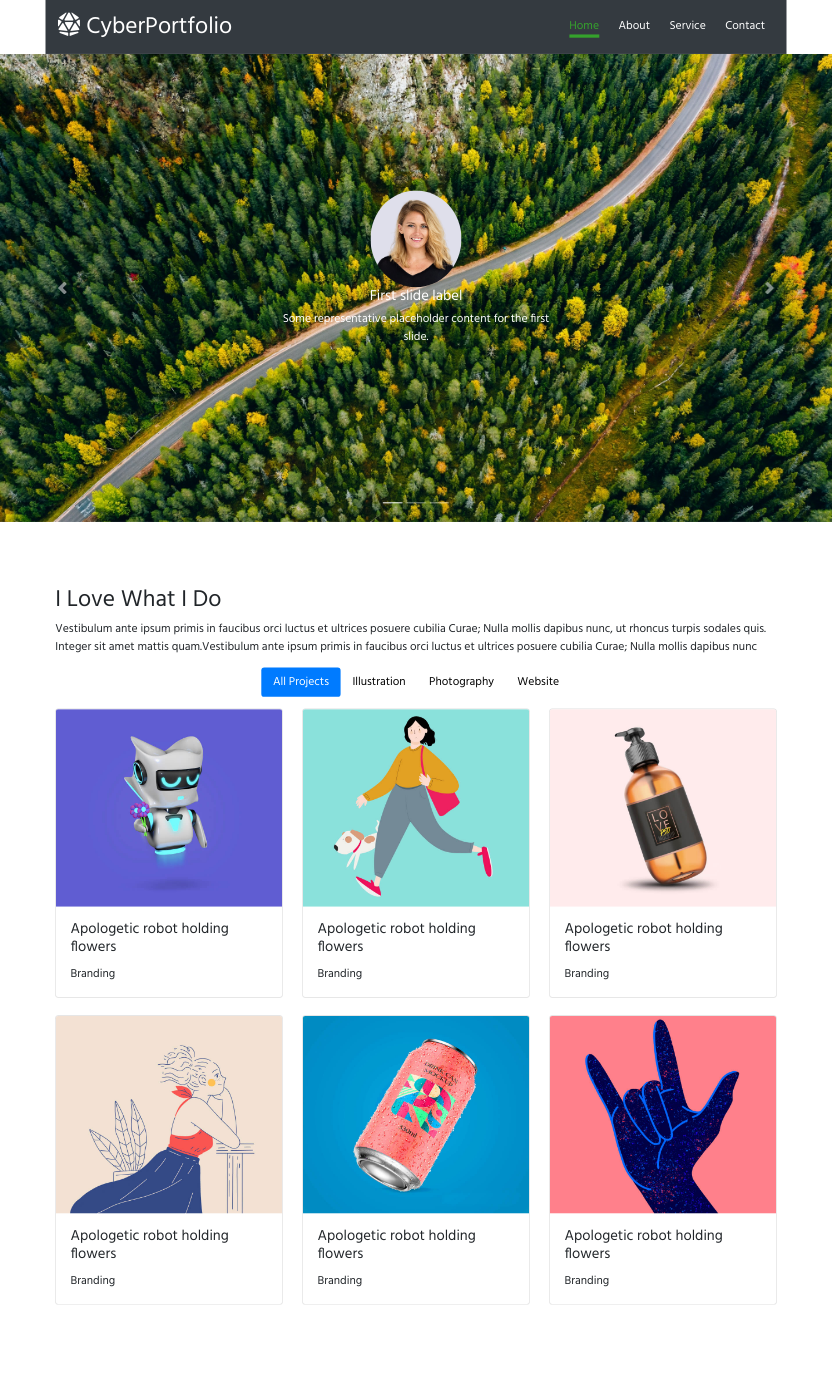
Repository: thanhfrankie/portfolio
Page: index.html
The author's editor kept a copy of each file at every save. The page is drawn from the files as they stood at one save, then again after a run of saves.
The browser window is 1280 px wide. The pictures show the whole page, at 65% of full size.

Above is the page before, as saved 2023-11-30 10:20:04.

### index.html
<!DOCTYPE html>
<html lang="en">
  <head>
    <meta charset="UTF-8" />
    <meta name="viewport" content="width=device-width, initial-scale=1.0" />
    <title>Portfolio</title>
    <!-- Font Hind-->
    <link rel="preconnect" href="https://fonts.googleapis.com" />
    <link rel="preconnect" href="https://fonts.gstatic.com" crossorigin />
    <link
      href="https://fonts.googleapis.com/css2?family=Hind:wght@300;400;700&display=swap"
      rel="stylesheet"
    />
    <!-- Font AWESOME -->
    <link rel="stylesheet" href="https://cdnjs.cloudflare.com/ajax/libs/font-awesome/6.4.2/css/all.min.css" integrity="sha512-z3gLpd7yknf1YoNbCzqRKc4qyor8gaKU1qmn+CShxbuBusANI9QpRohGBreCFkKxLhei6S9CQXFEbbKuqLg0DA==" crossorigin="anonymous" referrerpolicy="no-referrer" />
    <!-- BS4 CSS -->
    <link rel="stylesheet" href="https://cdn.jsdelivr.net/npm/bootstrap@4.6.2/dist/css/bootstrap.min.css" integrity="sha384-xOolHFLEh07PJGoPkLv1IbcEPTNtaed2xpHsD9ESMhqIYd0nLMwNLD69Npy4HI+N" crossorigin="anonymous">

    <!-- Main CSS -->
    <link rel="stylesheet" href="./css/style.css" />
  </head>
  <body>
<header>
    <nav class="container navbar navbar-expand-lg navbar-dark bg-dark">
        <a class="navbar-brand" href="#">
            <i class="fa-solid fa-dice-d20"></i>
           <span>
            CyberPortfolio
           </span>
        </a>
        <!-- hỗ trợ menu màn hình mobile -->
        <button class="navbar-toggler" type="button" data-toggle="collapse" data-target="#portfolioNav" aria-controls="navbarSupportedContent" aria-expanded="false" aria-label="Toggle navigation">
          <span class="navbar-toggler-icon"></span>
        </button>

        <div class="collapse navbar-collapse" id="portfolioNav">
          <ul class="navbar-nav ml-auto">
            <li class="nav-item active">
              <a class="nav-link" href="#">Home</a>
            </li>
            <li class="nav-item">
              <a class="nav-link" href="#">About</a>
            </li>
            <li class="nav-item">
              <a class="nav-link" href="#">Service</a>
            </li>
            <li class="nav-item">
              <a class="nav-link" href="#">Contact</a>
            </li>
          </ul>
        </div>
      </nav>
</header>
<section class="carouselPort">
    <!-- data-ride="carousel -->
    <!-- .carousel-fade: hiệu ứng fade -->
    <div id="carouselPortMain" class="carousel slide .carousel-fade">
        <ol class="carousel-indicators">
          <li data-target="#carouselPortMain" data-slide-to="0" class="active"></li>
          <li data-target="#carouselPortMain" data-slide-to="1"></li>
          <li data-target="#carouselPortMain" data-slide-to="2"></li>
        </ol>
        <div class="carousel-inner">
          <div class="carousel-item active">
            <img src="./img/finland.jpg" class="d-block w-100" alt="...">
            <div class="carousel-caption d-none d-md-block">
                <img src="./img/01-3.jpg" alt="">
              <h5>First slide label</h5>
              <p>Some representative placeholder content for the first slide.</p>
            </div>
          </div>
          <div class="carousel-item">
            <img src="./img/mountains.jpg" class="d-block w-100" alt="...">
            <div class="carousel-caption d-none d-md-block">
                <img src="./img/02-3.jpg" alt="">
              <h5>Second slide label</h5>
              <p>Some representative placeholder content for the second slide.</p>
            </div>
          </div>
          <div class="carousel-item">
            <img src="./img/mountains-1.jpg" class="d-block w-100" alt="...">
            <div class="carousel-caption d-none d-md-block">
                <img src="./img/03-3.jpg" alt="">
              <h5>Third slide label</h5>
              <p>Some representative placeholder content for the third slide.</p>
            </div>
          </div>
        </div>
        <button class="carousel-control-prev" type="button" data-target="#carouselPortMain" data-slide="prev">
          <span class="carousel-control-prev-icon" aria-hidden="true"></span>
          <span class="sr-only">Previous</span>
        </button>
        <button class="carousel-control-next" type="button" data-target="#carouselPortMain" data-slide="next">
          <span class="carousel-control-next-icon" aria-hidden="true"></span>
          <span class="sr-only">Next</span>
        </button>
      </div>
</section>



<section class="projects">
      <div class="container">
        <div class="projects__title">
          <h2>I Love What I Do</h2>
          <p>Vestibulum ante ipsum primis in faucibus orci luctus et ultrices posuere cubilia Curae; Nulla mollis dapibus nunc, ut rhoncus turpis sodales quis. Integer sit amet mattis quam.Vestibulum ante ipsum primis in faucibus orci luctus et ultrices posuere cubilia Curae; Nulla mollis dapibus nunc</p>
        </div>
        <div class="projects__content">
          <ul class="nav nav-pills mb-3 justify-content-center" id="pills-tab" role="tablist">
            <li class="nav-item" role="presentation">
              <button class="nav-link active" id="pills-home-tab" data-toggle="pill" data-target="#all" type="button" role="tab" aria-controls="pills-home" aria-selected="true">All Projects</button>
            </li>
            <li class="nav-item" role="presentation">
              <button class="nav-link" id="pills-profile-tab" data-toggle="pill" data-target="#ilu" type="button" role="tab" aria-controls="pills-profile" aria-selected="false">Illustration</button>
            </li>
            <li class="nav-item" role="presentation">
              <button class="nav-link" id="pills-contact-tab" data-toggle="pill" data-target="#photo" type="button" role="tab" aria-controls="pills-contact" aria-selected="false">Photography</button>
            </li>
            <li class="nav-item" role="presentation">
              <button class="nav-link" id="pills-contact-tab" data-toggle="pill" data-target="#web" type="button" role="tab" aria-controls="pills-contact" aria-selected="false">Website</button>
            </li>
          </ul>
          <div class="tab-content" id="pills-tabContent">
            <div class="tab-pane fade show active" id="all" role="tabpanel" aria-labelledby="pills-home-tab">
             <!--? grid system
              12 =100%
              4= 12 / 3 => 100% / 3 => 33,33%
              tổng chỉ số trên hàng = 12
            -->
             <div class="row">
              <!-- 1 hàng tối đa 100% -->
              <div class="col-4">
                <div class="card">
                  <img src="./img/g1.jpg" class="card-img-top" alt="...">
                  <div class="card-body">
                    <h5 class="card-title">Apologetic robot holding flowers</h5>
                    <p class="card-text">Branding</p>
                  </div>
                </div>
              </div>
              <div class="col-4">
                <div class="card">
                  <img src="./img/g2.jpg" class="card-img-top" alt="...">
                  <div class="card-body">
                    <h5 class="card-title">Apologetic robot holding flowers</h5>
                    <p class="card-text">Branding</p>
                  </div>
                </div>

              </div>
              <div class="col-4">

                <div class="card">
                  <img src="./img/g3.jpg" class="card-img-top" alt="...">
                  <div class="card-body">
                    <h5 class="card-title">Apologetic robot holding flowers</h5>
                    <p class="card-text">Branding</p>
                  </div>
                </div>
              </div>

              <!-- cột dư sẽ được đẩy xuống hàng 2 -->
              <div class="col-4 mt-4">
                <div class="card">
                  <img src="./img/g4.jpg" class="card-img-top" alt="...">
                  <div class="card-body">
                    <h5 class="card-title">Apologetic robot holding flowers</h5>
                    <p class="card-text">Branding</p>
                  </div>
                </div>
              </div>
              <div class="col-4 mt-4">
                <div class="card">
                  <img src="./img/g5.jpg" class="card-img-top" alt="...">
                  <div class="card-body">
                    <h5 class="card-title">Apologetic robot holding flowers</h5>
                    <p class="card-text">Branding</p>
                  </div>
                </div>

              </div>
              <div class="col-4 mt-4">

                <div class="card">
                  <img src="./img/g6.jpg" class="card-img-top" alt="...">
                  <div class="card-body">
                    <h5 class="card-title">Apologetic robot holding flowers</h5>
                    <p class="card-text">Branding</p>
                  </div>
                </div>
              </div>
             </div>
             <!--! Cách 1: -->
             <!-- <div class="row">
              <div class="col-4">
                <div class="card">
                  <img src="./img/g1.jpg" class="card-img-top" alt="...">
                  <div class="card-body">
                    <h5 class="card-title">Apologetic robot holding flowers</h5>
                    <p class="card-text">Branding</p>
                  </div>
                </div>
              </div>
              <div class="col-4">
                <div class="card">
                  <img src="./img/g2.jpg" class="card-img-top" alt="...">
                  <div class="card-body">
                    <h5 class="card-title">Apologetic robot holding flowers</h5>
                    <p class="card-text">Branding</p>
                  </div>
                </div>

              </div>
              <div class="col-4">

                <div class="card">
                  <img src="./img/g3.jpg" class="card-img-top" alt="...">
                  <div class="card-body">
                    <h5 class="card-title">Apologetic robot holding flowers</h5>
                    <p class="card-text">Branding</p>
                  </div>
                </div>
              </div>
             </div> -->


            </div>
            <div class="tab-pane fade" id="ilu" role="tabpanel" aria-labelledby="pills-profile-tab">Illustration</div>
            <div class="tab-pane fade" id="photo" role="tabpanel" aria-labelledby="pills-contact-tab">Photography</div>
            <div class="tab-pane fade" id="web" role="tabpanel" aria-labelledby="pills-contact-tab">Website</div>
          </div>
          </div>

        </div>
      </div>
</section>
<section class="services"></section>
<section class="awards">
  <div class="container">
    <!-- row lớn -->
    <div class="row">
      <div class="col-5">
        <div class="awards__left">
          <h2></h2>
        </div>
      </div>
      <div class="col-7">
        <div class="awards__right">

        </div>
      </div>
    </div>
  </div>
</section>
<footer></footer>


<!-- JQUERY hỗ trợ -->
    <script src="https://cdn.jsdelivr.net/npm/jquery@3.5.1/dist/jquery.slim.min.js" integrity="sha384-DfXdz2htPH0lsSSs5nCTpuj/zy4C+OGpamoFVy38MVBnE+IbbVYUew+OrCXaRkfj" crossorigin="anonymous"></script>
    <!-- BS4 JS -->
<script src="https://cdn.jsdelivr.net/npm/bootstrap@4.6.2/dist/js/bootstrap.bundle.min.js" integrity="sha384-Fy6S3B9q64WdZWQUiU+q4/2Lc9npb8tCaSX9FK7E8HnRr0Jz8D6OP9dO5Vg3Q9ct" crossorigin="anonymous"></script>

  </body>
</html>

### css/style.css
/* Global */
*{
    margin: 0;
    padding: 0;
    box-sizing: border-box;
}
html, body {
    font-family: 'Hind', sans-serif;
    /*? rem: dựa vào font-size của thẻ html => hỗ trợ cho bảo trì trang web
    font-size, spacing(padding, margin)
    nếu ko khai báo thì font-size mặc định 1rem = 16px
    1rem = 18px
    */
    font-size: 18px;
}
/* Header */
header .navbar-brand {
    /* 1rem = 18px => 2rem = 36px*/
    font-size: 2rem;
}
#portfolioNav .nav-link {
    font-size: 1rem;
    padding: 0 0.833rem;
    /*! trước hover */
    color: white;
    transition: all .5s;
}
#portfolioNav .nav-link::after {
    content: "";
    display: block;
    /* trước hover */
    width: 0;
    height: 5px;

    background: #35a22c;
    transition: all .5s;
}
/*! sau hover */
#portfolioNav .nav-item:hover .nav-link::after {
    width: 100%;
}
#portfolioNav .nav-item:hover .nav-link {
    color: #35a22c;

}
/* Thẻ li có class active thì after của nó luôn xuất hiện */
/* #portfolioNav  li.active .nav-link::after{
    width: 100%;
} */
#portfolioNav  .active .nav-link::after{
    width: 100%;
}
#portfolioNav  .active .nav-link {
    color: #35a22c;

}
/* Carousel */
/* Gọi các thẻ img là con trực tiếp (cấp 1) của carousel-item */
#carouselPortMain .carousel-item >img {
    /* thường dùng ở Main carousel */
    height: 100vh;
    object-fit: cover;
}
#carouselPortMain .carousel-caption img {
    /* hình có dạng hình vuông thì chỉ cần xét width */
    width: 140px;
    border-radius: 50%;
}
/* chỉnh đường gạch indicators thì chuyển chữ nhật => hình vuông => tròn */

/*! căn giữa với position absolute cho mọi màn hình */
#carouselPortMain .carousel-caption {
    top: 50%;
    left: 50%;
    transform: translate(-50%, -50%);
}
/* PROJECTS */
.projects {
    padding: 100px 0;
}

After the next 2 saves:
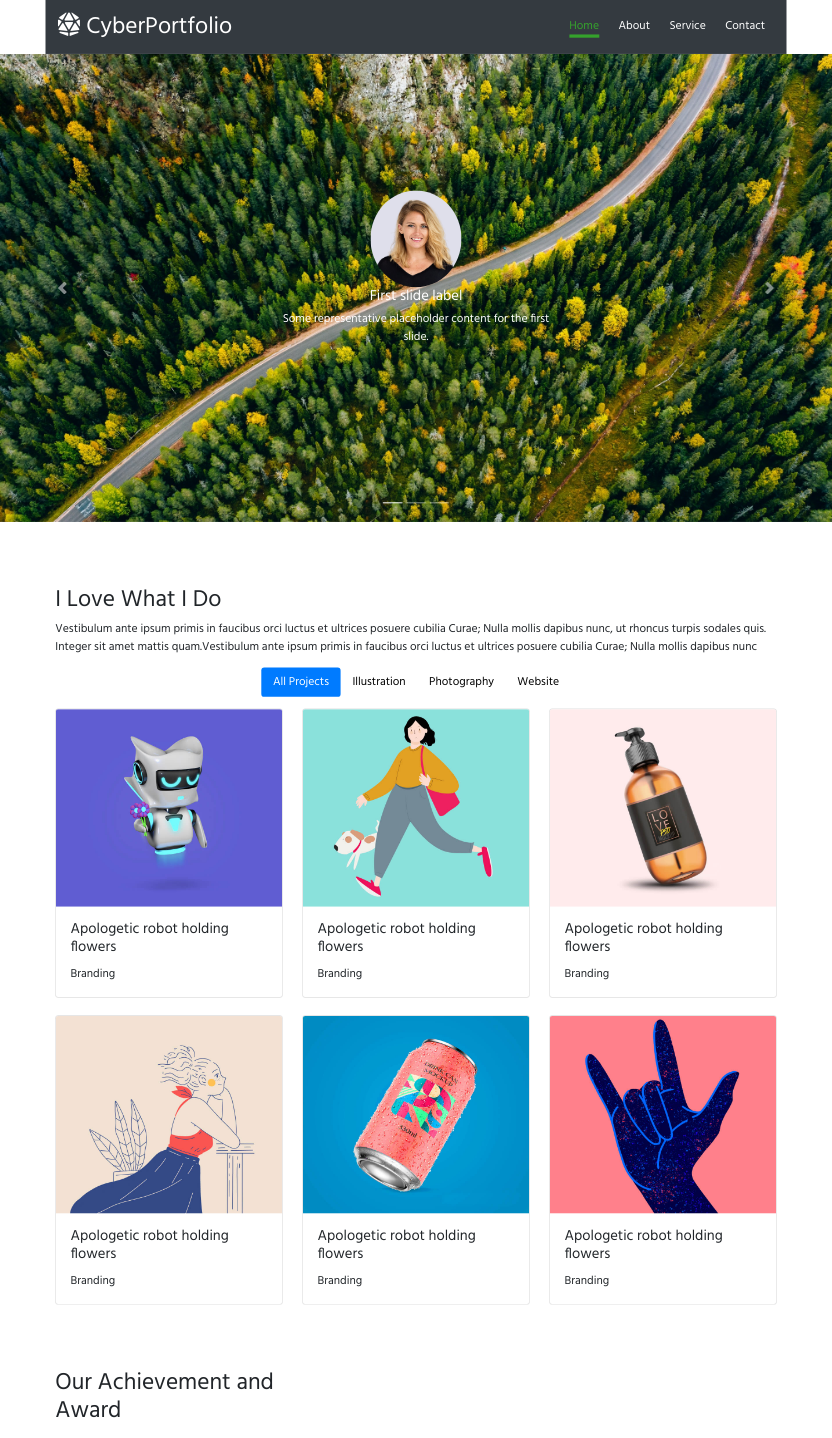
The 2 saves are shown as one change because they came seconds apart.
The last was saved 11 s later.
--- a/index.html
+++ b/index.html
@@ -241,7 +241,8 @@
     <div class="row">
       <div class="col-5">
         <div class="awards__left">
-          <h2></h2>
+          <h2>Our Achievement and Award</h2>
+          <p></p>
         </div>
       </div>
       <div class="col-7">
